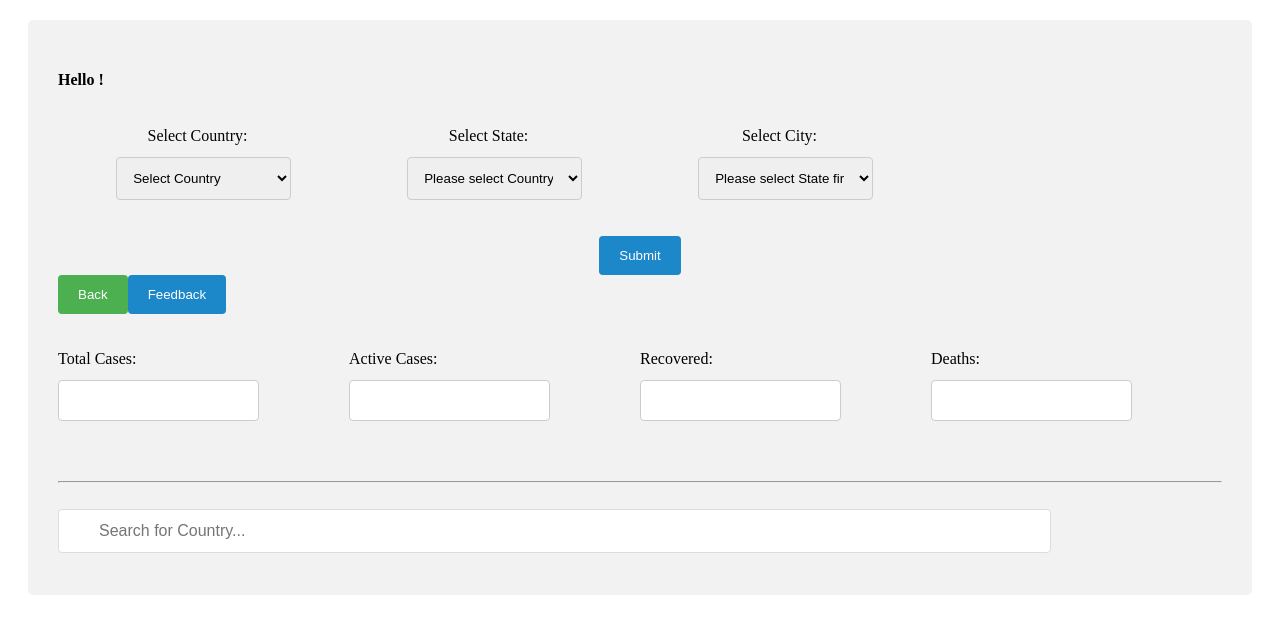
Repository: TruptiMane23/SCSCovid19RegionalInfo
Page: http://localhost/SCSCovid19/WEB-INF/view/covid_details.jsp
The author's editor kept a copy of each file at every save. The page is drawn from the files as they stood at one save, then again after the next save.
The browser window is 1280 px wide. The pictures show the whole page.
The page is served by Tomcat 9. Nobody is signed in. The template is opened directly, without the code that normally fills it, so the values that code supplies are empty.

Above is the page before, as saved 2020-07-03 20:54:51.
Console error: SyntaxError: Unexpected token ';'

After the next save:
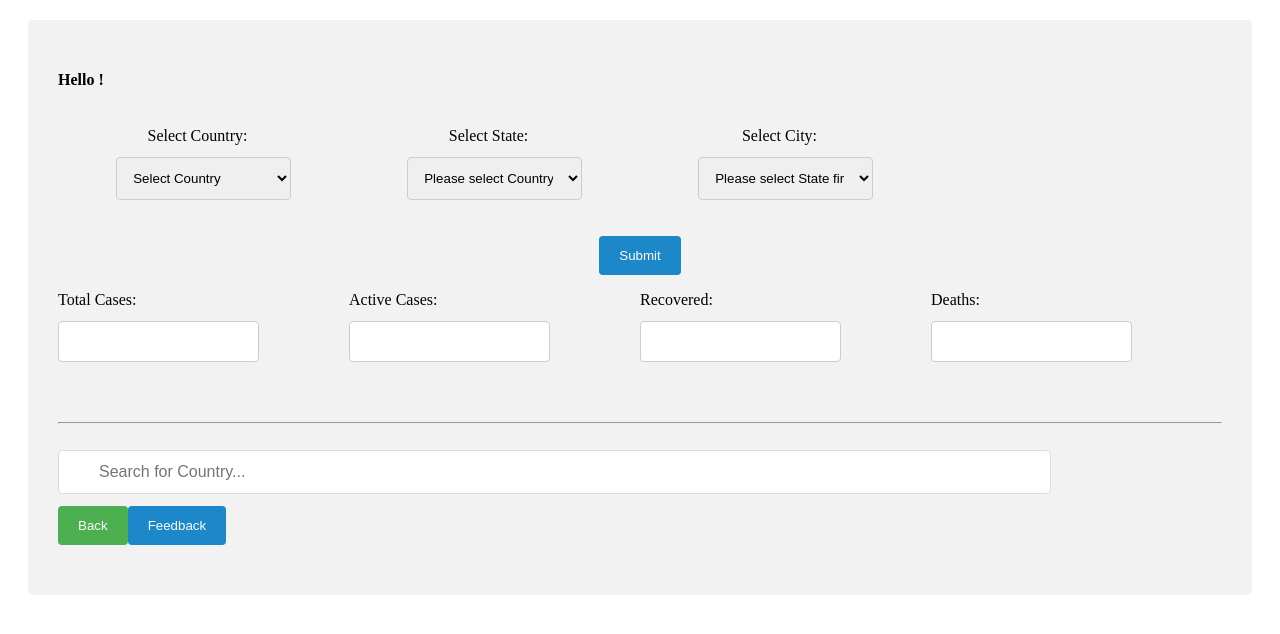
Saved 2 min 21 s later.
--- a/SCSCovid19/src/main/webapp/WEB-INF/view/covid_details.jsp
+++ b/SCSCovid19/src/main/webapp/WEB-INF/view/covid_details.jsp
@@ -327,10 +327,6 @@
 			</form>
 
 
-			<div class="row">
-				<input type="submit" id="feedback" value="Feedback" onclick="feedback()">
-				<button class="back-home-btn" onclick="toHomePage()">Back</button>
-			</div>
 
 
 			<div class="row">
@@ -362,6 +358,11 @@
 
 			<div id="covidDetailsTbl" class = "table table-fluid" align="center" width = 100%></div>
 
+
+			<div class="row">
+				<input type="submit" id="feedback" value="Feedback" onclick="feedback()">
+				<button class="back-home-btn" onclick="toHomePage()">Back</button>
+			</div>
 	</div>
 
 	<script type="text/javascript">
